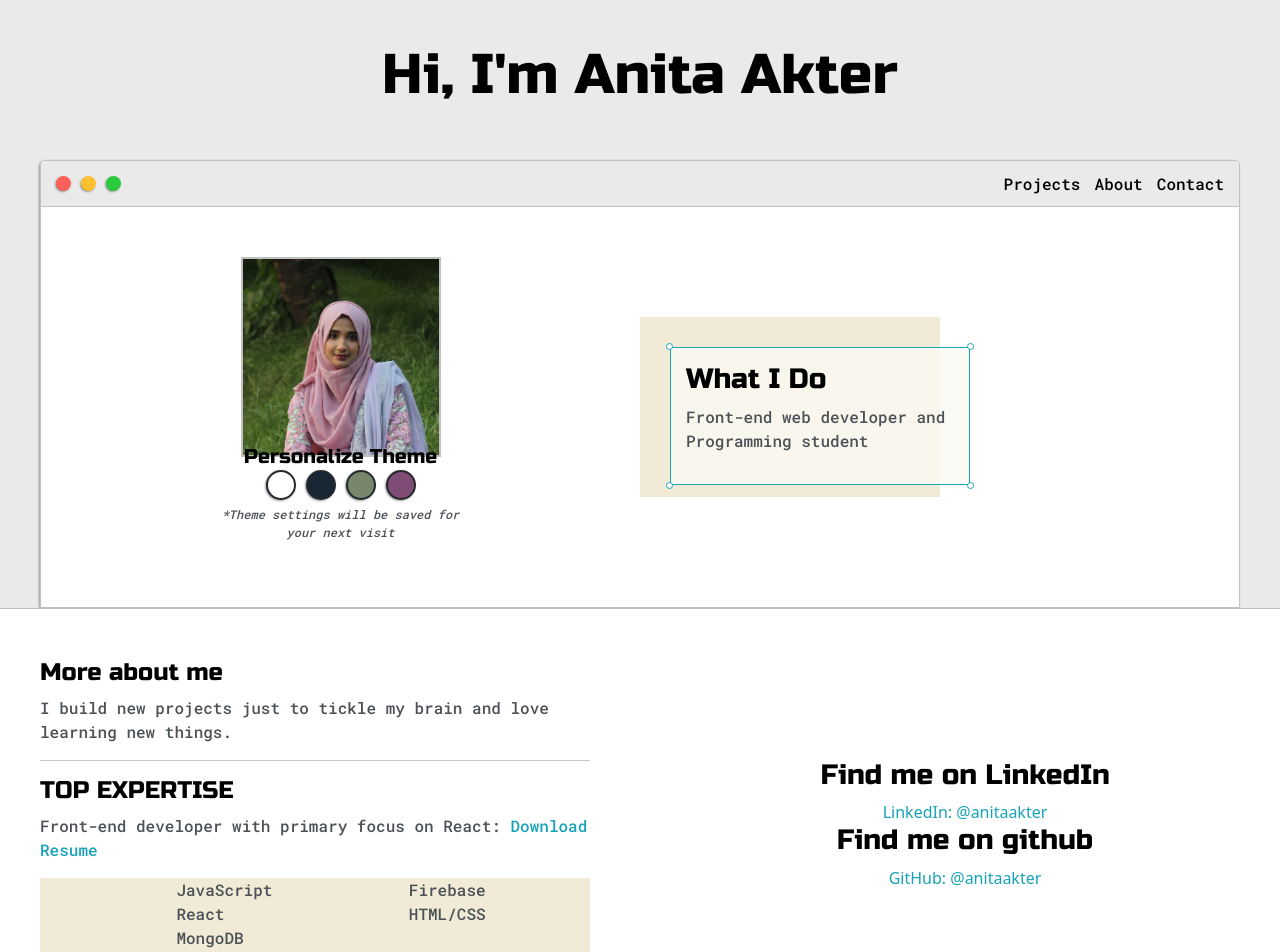
Repository: AnitaAkter/My_portfolio
Page: index.html
The author's editor kept a copy of each file at every save. The page is drawn from the files as they stood at one save, then again after the next save.
The browser window is 1280 px wide. The pictures show the part of the page from y = 0 to 952 px (the page is 2556 px tall).

Above is the page before, as saved 2022-12-10 13:35:47.

After the next save:
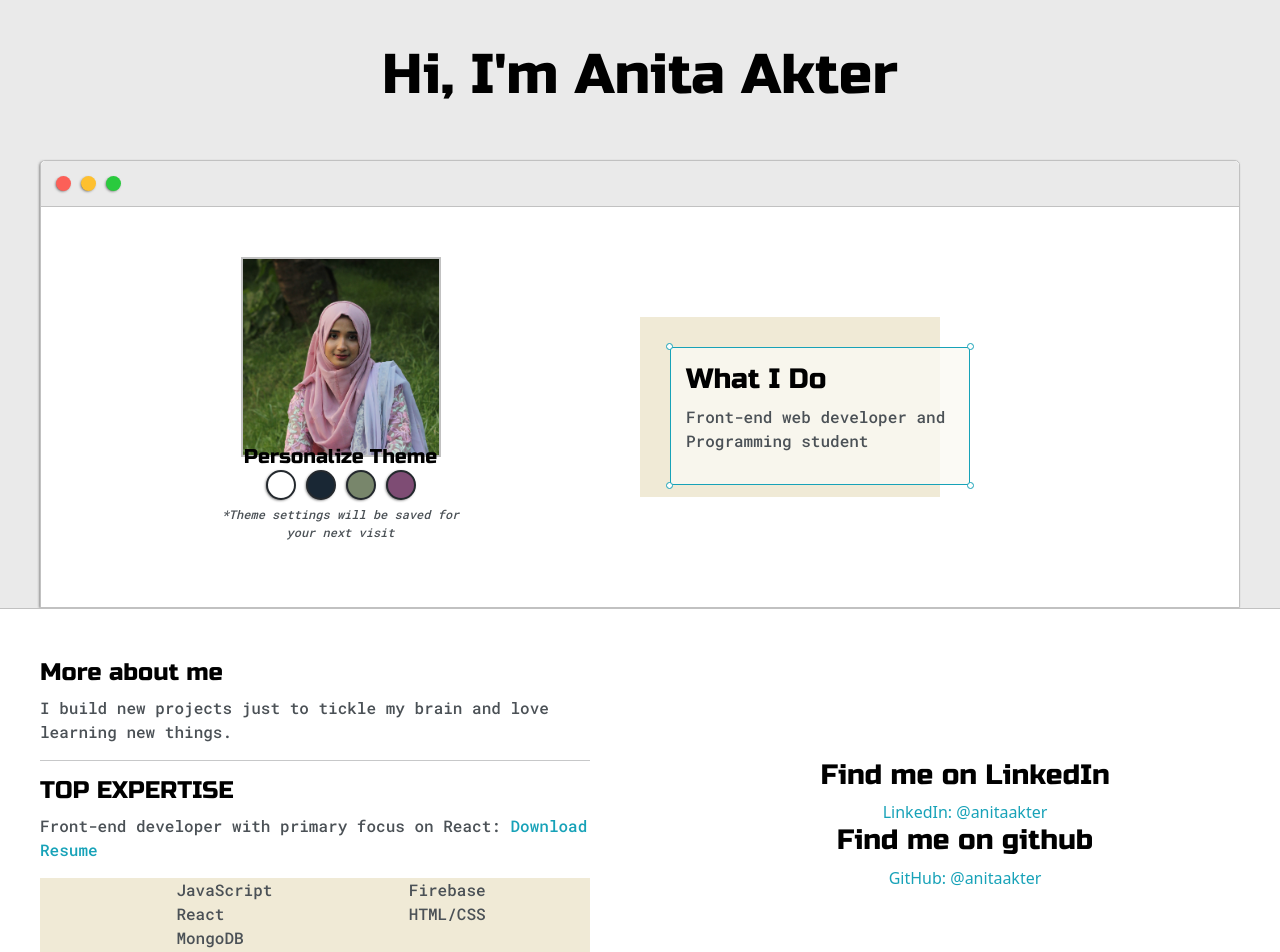
Saved 7 s later.
--- a/index.html
+++ b/index.html
@@ -42,11 +42,7 @@
 						</div>
 					</a>
 
-					<ul id="navigation">
-						<li><a href="index.html#portfolio">Projects</a></li>
-						<li><a href="index.html#aboutme">About</a></li>
-						<li><a href="index.html#contact">Contact</a></li>
-					</ul>
+
 				</div>
 
 				<div class="left-column">
